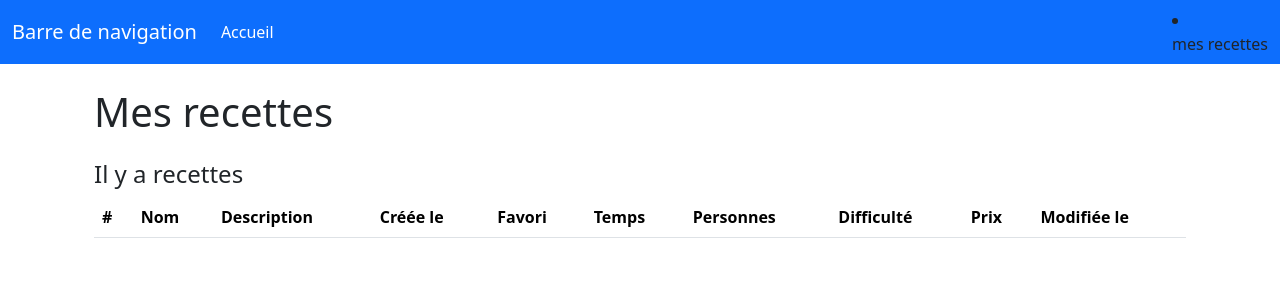
Repository: IslamBoubaker/marmit
Page: templates/pages/recipe/index.html.twig
An editor plug-in stored every save of this project. The page is shown before and after the next save, followed by the edit.
The browser window is 1280 px wide. The pictures show the whole page.
The page is a Twig template of a Symfony application; nobody is signed in and links lead nowhere. The template is opened directly, without the code that normally fills it, so the values that code supplies are empty.

Above is the page before, as saved 2025-06-24 16:02:28.

### templates/pages/recipe/index.html.twig
{% extends 'base.html.twig' %}

{% block title %}Liste des recettes
{% endblock %}

{% block body %}
	<div class="container mt-4">
		{% if not recipes.items is same as([]) %}
			<h1>Mes recettes</h1>
			<div class="count mt-4">
				<h4>Il y a {{ recipes.getTotalItemCount() }} recettes</h4>
			</div>
			<table class="table table-striped">
				<thead>
					<tr>
						<th scope="col">#</th>
						<th scope="col">Nom</th>
						<th scope="col">Description</th>
						<th scope="col">Créée le</th>
						<th scope="col">Favori</th>
						<th scope="col">Temps</th>
						<th scope="col">Personnes</th>
						<th scope="col">Difficulté</th>
						<th scope="col">Prix</th>
						<th scope="col">Modifiée le</th>
						{# <th scope="col">Actions</th> #}
					</tr>
				</thead>
				<tbody>
					{% for recipe in recipes %}
						<tr class="table-primary">
                        <th scope="row">{{ recipe.id }}</th>
							<td>{{ recipe.name }}</td>
							{# <td>{{ recipe.description|length > 50 ? recipe.description|slice(0, 50) ~ '...' : recipe.description }}</td> #}
							<td>{{ recipe.createdAt ? recipe.createdAt|date('Y-m-d') : '' }}</td>
							{# <td>{{ recipe.isFavorite ? 'Oui' : 'Non' }}</td> #}
							<td>{{ recipe.time ? recipe.time ~ ' min' : '' }}</td>
							{# <td>{{ recipe.nbPeople ?? '-' }}</td> #}
							<td>{{ recipe.difficulty ?? '-' }}</td>
							<td>{{ recipe.price is not null ? recipe.price ~ ' €' : '-' }}</td>
							{# <td>{{ recipe.updatedAt ? recipe.updatedAt|date('Y-m-d') : '' }}</td> #}
							<td>
                            TODO
							</td>
                            <td>
                            TODO
                            </td>
						</tr>
                        {% endfor %}
                        </tbody>
			</table>
           <div class="navigation d-flex justify-content-center">
           {{ knp_pagination_render(recipes)}}

            </div>
                    {% else %}
						<h4>Il n'y a pas de recettes</h4>
					{% endif %}
</div>
{% endblock %}

### templates/base.html.twig
<!DOCTYPE html>
<html>
<head>
    <meta charset="UTF-8">
    <title>{% block title %}Welcome!{% endblock %}</title>
    <link rel="icon" href="data:[embedded picture, 143 characters]">

    {% block stylesheets %}
        <link rel="stylesheet" href="https://cdn.jsdelivr.net/npm/bootstrap@5.3.7/dist/css/bootstrap.min.css">
    {% endblock %}

    {% block javascripts %}
        <script src="https://cdn.jsdelivr.net/npm/bootstrap@5.3.7/dist/js/bootstrap.bundle.min.js"></script>
    {% endblock %}
</head>

    <body>
    {% include 'pages/Partials/_header.html.twig' %}

</body>


    <main class="container mt-4">
        {% block body %}{% endblock %}
    </main>

</html>

### templates/pages/Partials/_header.html.twig
<nav class="navbar navbar-expand-lg bg-primary" data-bs-theme="dark">
  <div class="container-fluid">
    <a class="navbar-brand" href="{{ path('app_home') }}"> <font style="vertical-align: inherit;"><font style="vertical-align: inherit;">Barre de navigation</font></font></a>
    <button class="navbar-toggler" type="button" data-bs-toggle="collapse" data-bs-target="#navbarColor01" aria-controls="navbarColor01" aria-expanded="false" aria-label="Basculer la navigation">
      <span class="navbar-toggler-icon"></span>
    </button>
    <div class="collapse navbar-collapse" id="navbarColor01">
      <ul class="navbar-nav me-auto">
        <li class="nav-item">
          <a class="nav-link active" href="{{ path('app_home') }}"><font style="vertical-align: inherit;"><font style="vertical-align: inherit;"> Accueil
            </font></font><span class="visually-hidden"><font style="vertical-align: inherit;"><font style="vertical-align: inherit;">(current)</font></font></span>
          </a>

          </div>
        </li>
        <li class="nav-item">
          <a class="nav-link active" href="{{ path('app_ingredient') }}">
            <span class="visually-hidden">(current)</span>

            <a class="nav-link active" href="{{ path('app_recipe_index') }}">mes recettes</a>
          </a>
        </li>
      </ul>

    </div>
  </div>
</nav>

After the next save:
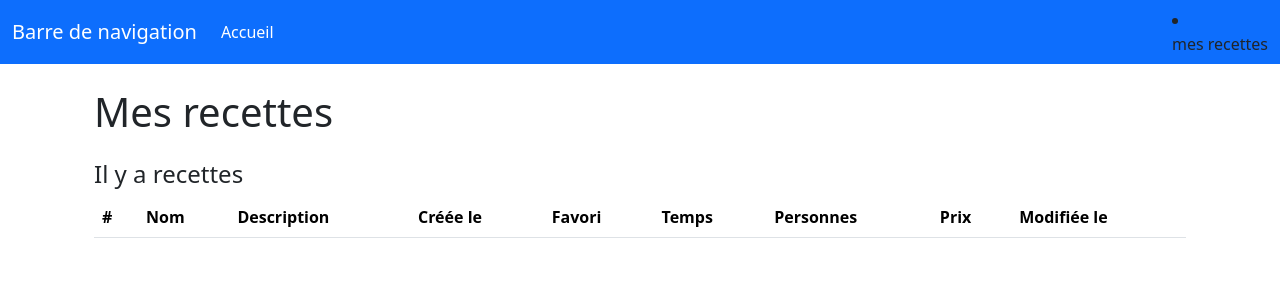
Saved 7 s later.
--- a/templates/pages/recipe/index.html.twig
+++ b/templates/pages/recipe/index.html.twig
@@ -20,7 +20,7 @@
 						<th scope="col">Favori</th>
 						<th scope="col">Temps</th>
 						<th scope="col">Personnes</th>
-						<th scope="col">Difficulté</th>
+						{# <th scope="col">Difficulté</th> #}
 						<th scope="col">Prix</th>
 						<th scope="col">Modifiée le</th>
 						{# <th scope="col">Actions</th> #}
